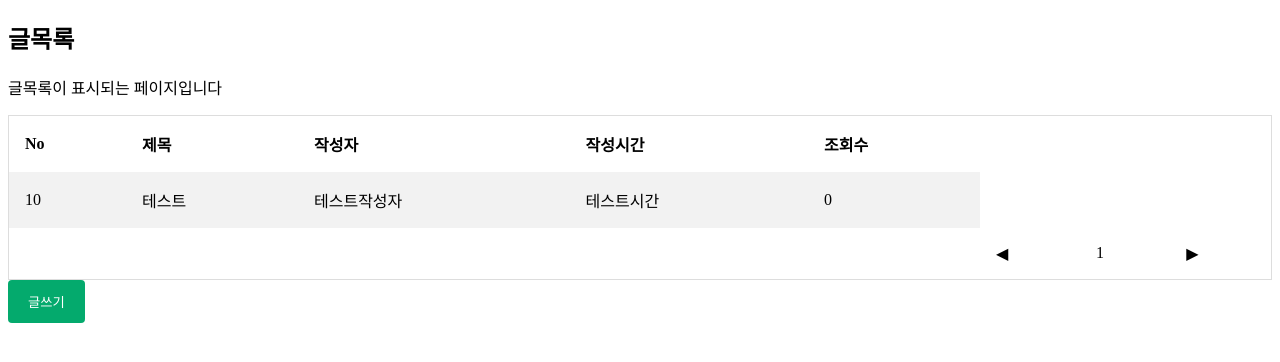
Repository: winterKim927/study_workspace_jsp
Page: http://localhost/PracticeNotice/notice/list.jsp
These files come from the project's save history. The page is drawn as it stood at one moment and after the next save; the edit follows.
The browser window is 1280 px wide. The pictures show the whole page.
The page is served by Tomcat 9. Other server files are loaded and not shown. Queries for data that is not in the repository find no rows.

Above is the page before, as saved 2023-01-08 14:10:21.

### PracticeNotice/src/main/webapp/notice/list.jsp
<%@ page contentType="text/html; charset=utf-8"%>
<%@ page import="notice.domain.Notice" %>
<%@ page import="notice.repository.NoticeDAO" %>
<%@ page import="java.util.ArrayList"%>
<%! NoticeDAO dao = new NoticeDAO(); %>
<%
	ArrayList<Notice> list = (ArrayList)dao.selectAll();


%>
<!DOCTYPE html>
<html>
<head>
<meta name="viewport" content="width=device-width, initial-scale=1">
<style>
	table {
		border-collapse: collapse;
		border-spacing: 0;
		width: 100%;
		border: 1px solid #ddd;
	}
	th, td {
		text-align: left;
		padding: 16px;
	}
	tr:nth-child(even) {
		background-color: #f2f2f2;
	}

	a {
        text-decoration: none;
      }
  	button {
		background-color: #04AA6D;
		color: white;
		padding: 12px 20px;
		border: none;
		border-radius: 4px;
		cursor: pointer;
	}

	button:hover {
		background-color: #45a049;
	}

</style>
<script src="https://ajax.googleapis.com/ajax/libs/jquery/3.6.1/jquery.min.js"></script>
<script>


	function writeNew(){
		$("button").click(function(){
			location.href="write.html";
		});
	}

	$(function() {
		writeNew();
	})
</script>
</head>
<body>
	<h2>글목록</h2>
	<p>글목록이 표시되는 페이지입니다</p>
	<table>
		<tr>
			<th>No</th>
			<th>제목</th>
			<th>작성자</th>
			<th>작성시간</th>
			<th>조회수</th>
		</tr>
		<tr>
			<td>10</td>
			<td>테스트</a></td>
			<td>테스트작성자</td>
			<td>테스트시간</td>
			<td>0</td>
		</tr>
		<tr>
			<td colspan="5" style="text-align: center">
				<td><a>◀</a></td>
				<td>1</td>
				<td><a>▶</a></td>
			</td>
		</tr>
	</table>
	<button>글쓰기</button>

</body>
</html>

After the next save:
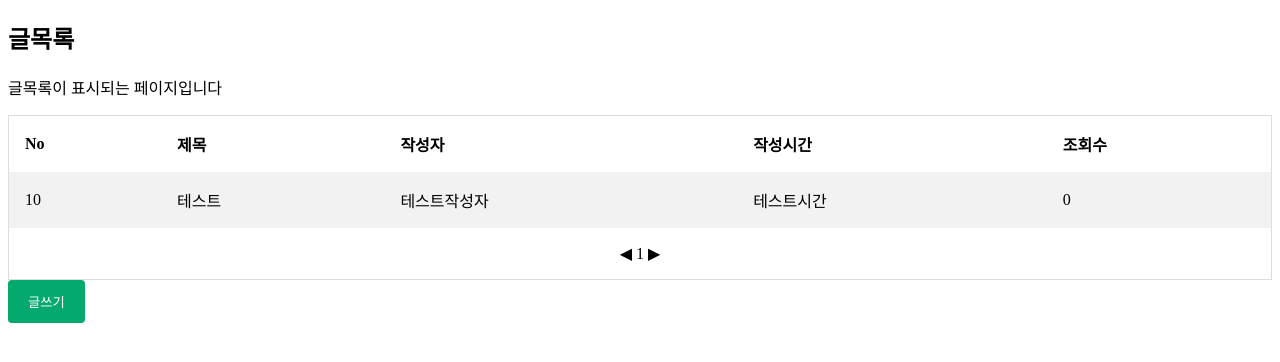
Saved 30 s later.
--- a/PracticeNotice/src/main/webapp/notice/list.jsp
+++ b/PracticeNotice/src/main/webapp/notice/list.jsp
@@ -79,9 +79,9 @@
 		</tr>
 		<tr>
 			<td colspan="5" style="text-align: center">
-				<td><a>◀</a></td>
-				<td>1</td>
-				<td><a>▶</a></td>
+				<a>◀</a>
+				1
+				<a>▶</a>
 			</td>
 		</tr>
 	</table>
